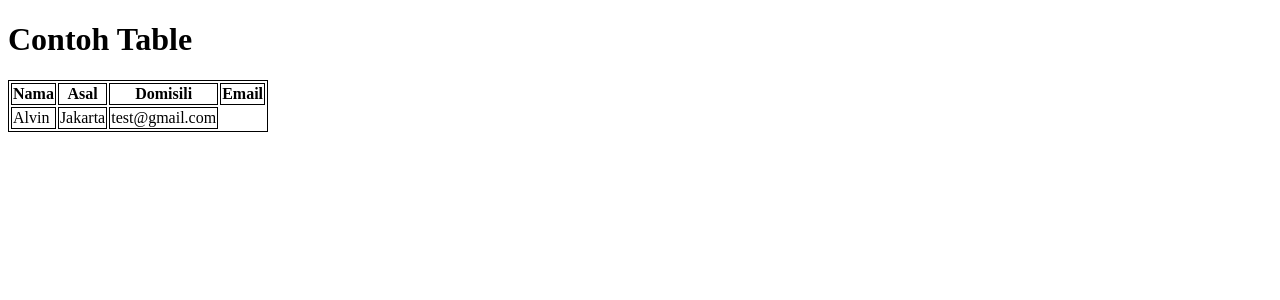
Repository: esramrsln/day2_RevoU
Page: table.html
An editor plug-in stored every save of this project. The page is shown before and after a run of saves, followed by the edit.
The browser window is 1280 px wide. The pictures show the whole page.

Above is the page before, as saved 2024-07-23 19:41:04.

### table.html
<!DOCTYPE html>
<html>
<head>
    <meta charset="UTF-8" />
    <title>Membuat Table </title>
    <style>
        table, th, td {
            border: 1px solid black;
        }
    </style>
</head>
<body>
    <h1>Contoh Table</h1>
    <table>
        <tr>
            <th>Nama</th>
            <th>Asal</th>
            <th>Domisili</th>
            <th>Email</th>
        </tr>
        <tr>
            <td>Alvin</td>
            <td>Jakarta</td>
            <td>test@gmail.com</td>
        </tr>
    </table>
</body>
</html>

After the next 4 saves:
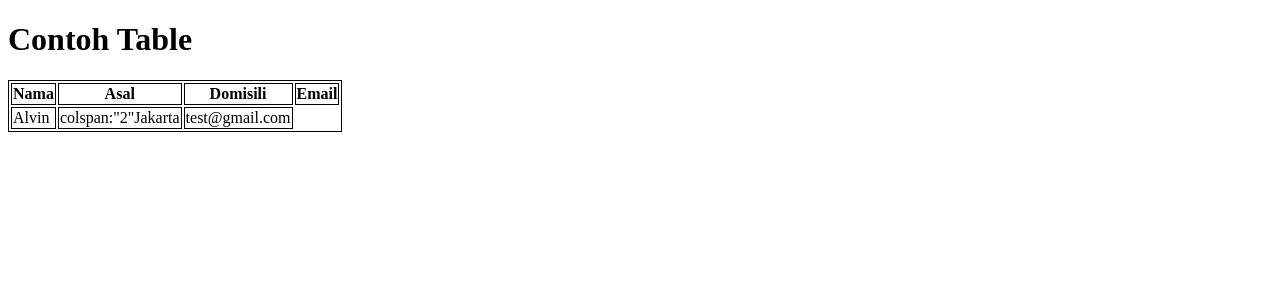
The 4 saves are shown as one change because they came seconds apart.
The last was saved 35 s later.
--- a/table.html
+++ b/table.html
@@ -20,7 +20,7 @@
         </tr>
         <tr>
             <td>Alvin</td>
-            <td>Jakarta</td>
+            <td>colspan:"2"Jakarta</td>
             <td>test@gmail.com</td>
         </tr>
     </table>
